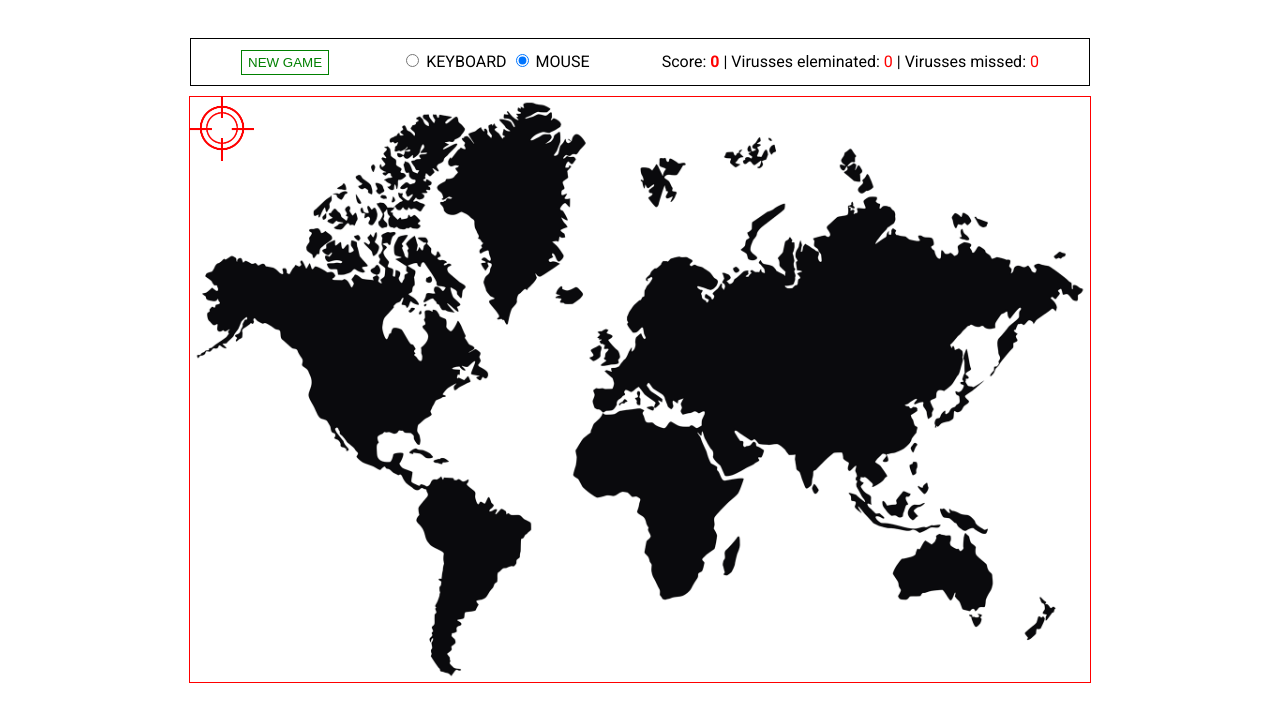
Repository: Baterka/DestroyTheVirus
Page: index.html
An editor plug-in stored every save of this project. The page is shown before and after the next save, followed by the edit.
The browser window is 1280 px wide. The pictures show the whole page.

Above is the page before, as saved 2020-03-19 18:17:33.

### index.html
<!DOCTYPE html>
<html lang="en">

<head>
    <meta charset="utf-8">
    <meta http-equiv="X-UA-Compatible" content="IE=edge">
    <title></title>
    <meta name="description" content="">
    <meta name="viewport" content="width=device-width, initial-scale=1">
    <link rel="stylesheet" href="style.css">
</head>

<body onload="game.init()">
    <audio id="successSound">
        <!-- https://freesound.org/people/InspectorJ/sounds/484344/ -->
        <source src="success.wav" type="audio/wav">
    </audio>
    <audio id="failSound">
        <!-- https://freesound.org/people/LorenzoTheGreat/sounds/417794/ -->
        <source src="fail.wav" type="audio/wav">
    </audio>
    <div class="flex-container">
        <div class="flex-row" id="toolbar">
            <div class="col">
                <button id="button_newGame">NEW GAME</button>
            </div>
            <div class="col">
                <input type="radio" id="radio_keyboard" name="input" value="keyboard" onclick="player.changeInput(this);" />
                <label for="radio_keyboard">KEYBOARD</label>
                <input type="radio" id="radio_mouse" name="input" value="mouse" checked onclick="player.changeInput(this);" />
                <label for="radio_mouse">MOUSE</label>
            </div>
            <div class="col scoreboard">
                Score: <b><span id="score">0</span></b> | Virusses eleminated: <span id="eliminated">0</span> | Virusses missed: <span id="missed">0</span>
            </div>
        </div>
        <div class="flex-row" id="canvas" ondragstart="return false;" ondrop="return false;">
            <div id="target"></div>
            <div id="virusses">
            </div>
            <div id="gameOver">
                GAME OVER
            </div>
        </div>
    </div>
    <script src="./main.js" async defer></script>
</body>

</html>

### style.css
@import url('https://fonts.googleapis.com/css?family=Roboto:400,700&display=swap');
html,
body,
.flex-container {
    font-family: 'Roboto', sans-serif;
    padding: 0;
    margin: 0;
    width: 100%;
    height: 100%;
}

.flex-container {
    display: flex;
    justify-content: center;
    align-items: center;
    flex-direction: column;
}

#canvas {
    z-index: 0;
    cursor: none;
    position: relative;
    width: calc(20px * 45);
    height: calc(13px * 45);
    border: 1px solid red;
    /* https://cz.pinterest.com/pin/298574650280907774/ */
    background-image: url(./world_map.png);
    background-repeat: no-repeat;
    background-size: 100% 100%;
}

#toolbar {
    margin-bottom: 10px;
    width: calc(20px * 45);
    padding: 10px 50px;
    box-sizing: border-box;
    border: 1px solid black;
    display: flex;
    justify-content: space-between;
    align-items: center;
    flex-direction: row;
}

.col {
    display: inline-block;
    vertical-align: middle;
    line-height: 25px;
}

button {
    height: 25px;
    border: 1px solid black;
    background-color: transparent;
    color: black;
}

#button_newGame:disabled {
    height: 25px;
    border: 1px solid gray;
    background-color: transparent;
    color: gray;
}

#button_newGame {
    color: green;
    border: 1px solid green;
}

.scoreboard span {
    color: red;
}

#target {
    z-index: -1;
    pointer-events: none;
    position: absolute;
    top: 0;
    left: 0;
    width: 64px;
    height: 64px;
    /* https://www.stickpng.com/img/miscellaneous/symbols/red-target */
    background-image: url(./target.png);
    background-repeat: no-repeat;
    background-size: 100% 100%;
}

.virus {
    z-index: -2;
    position: absolute;
    top: 0x;
    left: 0;
    width: 46px;
    height: 75px;
    background-image: url(./corona.png);
    background-repeat: no-repeat;
    background-size: 100% 100%;
}

.virus .clickable {
    width: 46px;
    height: 46px;
    border-radius: 46px;
}

#gameOver {
    z-index: 0;
    display: none;
    height: 100%;
    align-items: center;
    justify-content: center;
    background-color: rgba(0, 0, 0, .9);
    color: red;
    font-weight: bold;
    font-size: 50px;
}

### main.js
const randomNumber = (min, max) => {
    return Math.floor((Math.random() * max) + min);
}

class Game {
    html = document.getElementsByTagName('html')[0];
    canvas = document.getElementById('canvas');
    target = document.getElementById('target');

    _successAudioElem = document.getElementById("successSound");
    _failAudioElem = document.getElementById("failSound");

    _buttonNewGameElem = document.getElementById('button_newGame');

    tps = 60;

    canvasOffset = {
        x: 0,
        y: 0
    }

    targetSize = {
        width: 0,
        height: 0
    }

    mapBoundary = {
        minX: 0,
        minY: 0,
        maxX: 0,
        maxY: 0
    }

    // ENUM: RUNNING, GAMEOVER
    gameState = "GAMEOVER"

    constructor(player, world) {
        this._Player = player;
        this._World = world;
        window.addEventListener("resize", this._debounce(this._onWindowResize.bind(this)));
    }

    /**
     * Called after DOM rendered
     */
    init() {
        const targetRect = this.target.getBoundingClientRect();
        this.targetSize = {
            width: targetRect.width / 2,
            height: targetRect.height / 2
        }

        const canvasRect = this.canvas.getBoundingClientRect();
        this.mapBoundary = {
            minX: 0,
            minY: 0,
            maxX: canvasRect.width - this.targetSize.width * 2,
            maxY: canvasRect.height - this.targetSize.width * 2
        }

        this._onWindowResize();

        setInterval(() => this._tick(), 1000 / this.tps);

        this._buttonNewGameElem.addEventListener("click", e => {
            if (this.gameState !== "RUNNING") {
                this._World.toggleGameOver(true);
                this._Player._Virus.toggleSpawning(true);
                this._buttonNewGameElem.disabled = true;
            }
        });
    }

    /**
     * Game tick
     */
    _tick() {
        let x = (this._Player.pos.x - this.canvasOffset.x);
        let y = (this._Player.pos.y - this.canvasOffset.y);

        // Allow "corner sliding"
        x = (x > this.mapBoundary.minX ? (x < this.mapBoundary.maxX ? x : this.mapBoundary.maxX) : this.mapBoundary.minX)
        y = (y > this.mapBoundary.minY ? (y < this.mapBoundary.maxY ? y : this.mapBoundary.maxY) : this.mapBoundary.minY)

        this.target.style.left = x + "px";
        this.target.style.top = y + "px";
    }

    /**
     * Called on window resize (if not resized for more than 50ms to avoid lag)
     */
    _onWindowResize() {
        this.canvasOffset = {
            x: this.canvas.offsetLeft + this.targetSize.width,
            y: this.canvas.offsetTop + this.targetSize.height
        }
        console.log("Window resized! New cancas offset:", this.canvasOffset);
    }

    /**
     * Used to prevent window resize lag.
     * https://stackoverflow.com/questions/45905160/javascript-on-window-resize-end
     */
    _debounce(endFunc) {
        let timer;
        return event => {
            if (timer) clearTimeout(timer);
            timer = setTimeout(endFunc, 50, event);
        };
    }

    addScore() {
        this._successAudioElem.pause();
        this._successAudioElem.currentTime = 0;
        this._successAudioElem.play();
        this._Player.setScore(1);
    }

    deleteScore() {
        this._failAudioElem.pause();
        this._failAudioElem.currentTime = 0;
        this._failAudioElem.play();
        this._Player.setScore(-1);

        if (this._Player.missed >= this._Player.maxMissed || this._Player.score < 0) {
            this._World.toggleGameOver();
            this._Player._Virus.toggleSpawning(false);
            this.gameState === "GAMEOVER";
            this._buttonNewGameElem.disabled = false;
        }
    }
}

class Player {

    canvas = document.getElementById('canvas');
    _scoreElem = document.getElementById('score');
    _eliminatedElem = document.getElementById('eliminated');
    _missedElem = document.getElementById('missed');

    keyboardSpeed = 10;

    pos = {
        x: 0,
        y: 0
    }

    score = 0;
    eliminated = 0;
    missed = 0;

    maxMissed = 3;

    _Virus = null;

    constructor(radioElem) {
        this.changeInput(radioElem);

        // Start listening to input events
        this._listenToEvents();
    }


    setVirus(virus) {
        this._Virus = virus;
    }

    changeInput(radioElem) {
        if (radioElem.value !== this.radio_input) {
            this.radio_input = radioElem.value;
            console.log("Input type changed to:", this.radio_input);
        }
    }

    setScore(add) {
        this.score += add;
        if (add > 0)
            this.eliminated++;
        if (add < 0)
            this.missed++;

        this._scoreElem.innerHTML = this.score;
        this._eliminatedElem.innerHTML = this.eliminated;
        this._missedElem.innerHTML = this.missed;
    }

    _listenToEvents() {
        this.canvas.addEventListener("mousemove", e => {
            if (this.radio_input !== 'mouse')
                return;

            this.pos = { x: e.clientX, y: e.clientY };
        });

        this.canvas.addEventListener("click", e => {
            const parent = e.target.parentElement;
            if (parent.className == 'virus') {
                console.log("Clicked on virus ID:", parent.id);
                if (!this._Virus)
                    return console.error("Virus Manager is not attached. Cannot call onClick action!");
                this._Virus.onClick(parent.id);
            }
        });

        document.addEventListener("keydown", e => {
            if (this.radio_input !== 'keyboard')
                return;

            switch (e.key) {
                case "w":
                    this.pos.y -= this.keyboardSpeed;
                    break;
                case "s":
                    this.pos.y += this.keyboardSpeed;
                    break;
                case "a":
                    this.pos.x -= this.keyboardSpeed;
                    break;
                case "d":
                    this.pos.x += this.keyboardSpeed;
                    break;
                default:
                    console.log("Undefined key pressed:", e.key);
                    break;
            }
        });
    }
}

class Virus {
    _parentElem = document.getElementById('virusses');
    _virusElem = document.createElement("div");

    _list = {};

    _spawningEnabled = false;

    _spawnRate = 2000;

    constructor(game) {
        this._Game = game;
        this._virusElem.className = "virus";
        const clickableElem = document.createElement("div");
        clickableElem.className = "clickable";
        clickableElem.onClick = e => {
            console.log(e);
        }
        this._virusElem.appendChild(clickableElem);

        if (this._spawningEnabled)
            this._spawner();
    }

    _spawner() {
        setTimeout(() => {
            if (!this._spawningEnabled)
                return;
            const x = randomNumber(this._Game.mapBoundary.minX, this._Game.mapBoundary.maxX + 15);
            const y = randomNumber(this._Game.mapBoundary.minY, this._Game.mapBoundary.maxY - 13);
            this.spawn(x, y);
            console.log(this._spawnRate);
            this._spawner();
        }, --this._spawnRate);
    }

    toggleSpawning(enable) {
        this._spawningEnabled = enable;
        console.log("Virus spawning:", enable ? "enabled" : "disabled");
        if (this._spawningEnabled)
            this._spawner();
    }

    spawn(x, y) {
        const virusElem = this._virusElem.cloneNode(true);
        virusElem.style.left = x + "px";
        virusElem.style.top = y + "px";
        virusElem.id = this._list.length;
        this._list[virusElem.id] = virusElem;
        this._parentElem.appendChild(virusElem);
        this._autoHide(virusElem.id);
    }

    _autoHide(id) {
        setTimeout(() => {
            const elem = this._list[id];
            if (!elem)
                return;
            this._Game.deleteScore();
            elem.remove();
            delete this._list[id];
        }, 1000);
    }

    /**
     * Handling clicks on viruses
     */
    onClick(id) {
        if (!this._spawningEnabled)
            return;
        const elem = this._list[id];
        if (!elem)
            return;
        elem.remove();
        this._Game.addScore();
        delete this._list[id];
    }
}

class World {
    _gameOverElem = document.getElementById("gameOver");

    constructor() {

    }

    toggleGameOver(hide = false) {
        if (hide === false)
            console.log("GAME OVER!");
        this._gameOverElem.style.display = hide ? "none" : "flex";
    }
}

const world = new World();
const player = new Player(document.querySelector('input[name="input"]:checked'));
const game = new Game(player, world);
const virus = new Virus(game);
player.setVirus(virus);

After the next save:
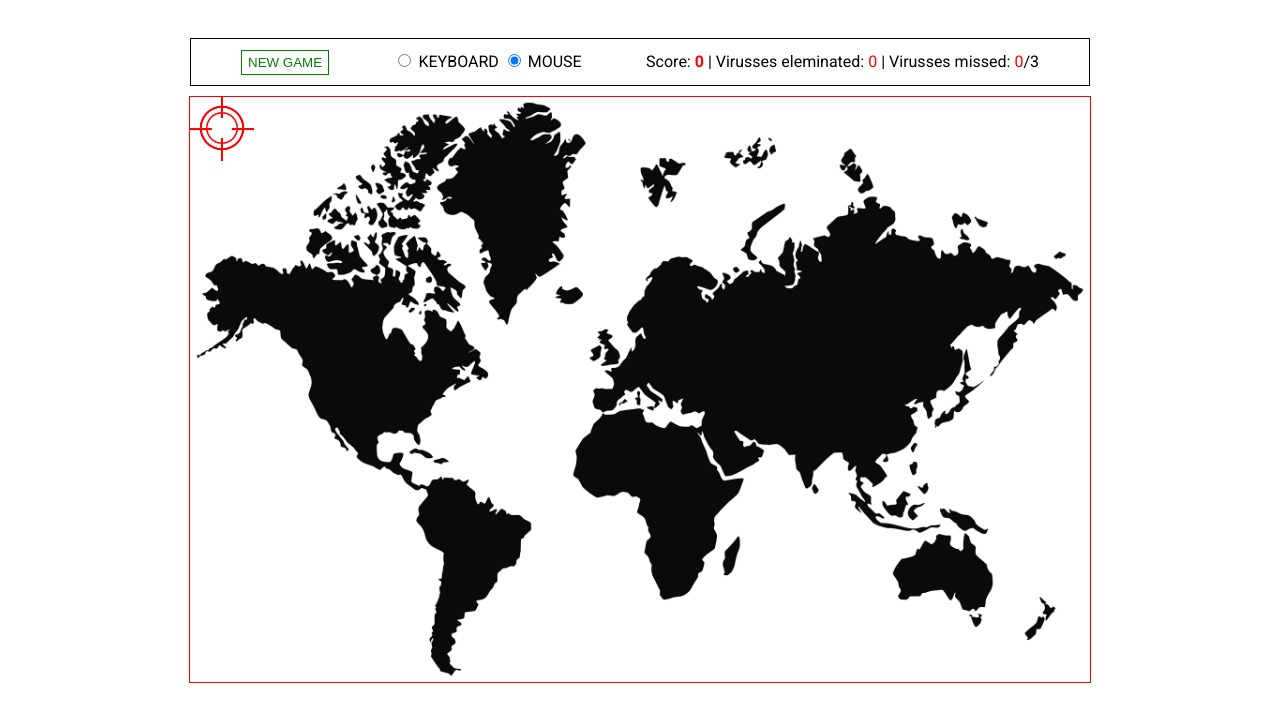
Saved 22 s later.
--- a/index.html
+++ b/index.html
@@ -31,7 +31,7 @@
                 <label for="radio_mouse">MOUSE</label>
             </div>
             <div class="col scoreboard">
-                Score: <b><span id="score">0</span></b> | Virusses eleminated: <span id="eliminated">0</span> | Virusses missed: <span id="missed">0</span>
+                Score: <b><span id="score">0</span></b> | Virusses eleminated: <span id="eliminated">0</span> | Virusses missed: <span id="missed">0</span>/3
             </div>
         </div>
         <div class="flex-row" id="canvas" ondragstart="return false;" ondrop="return false;">
